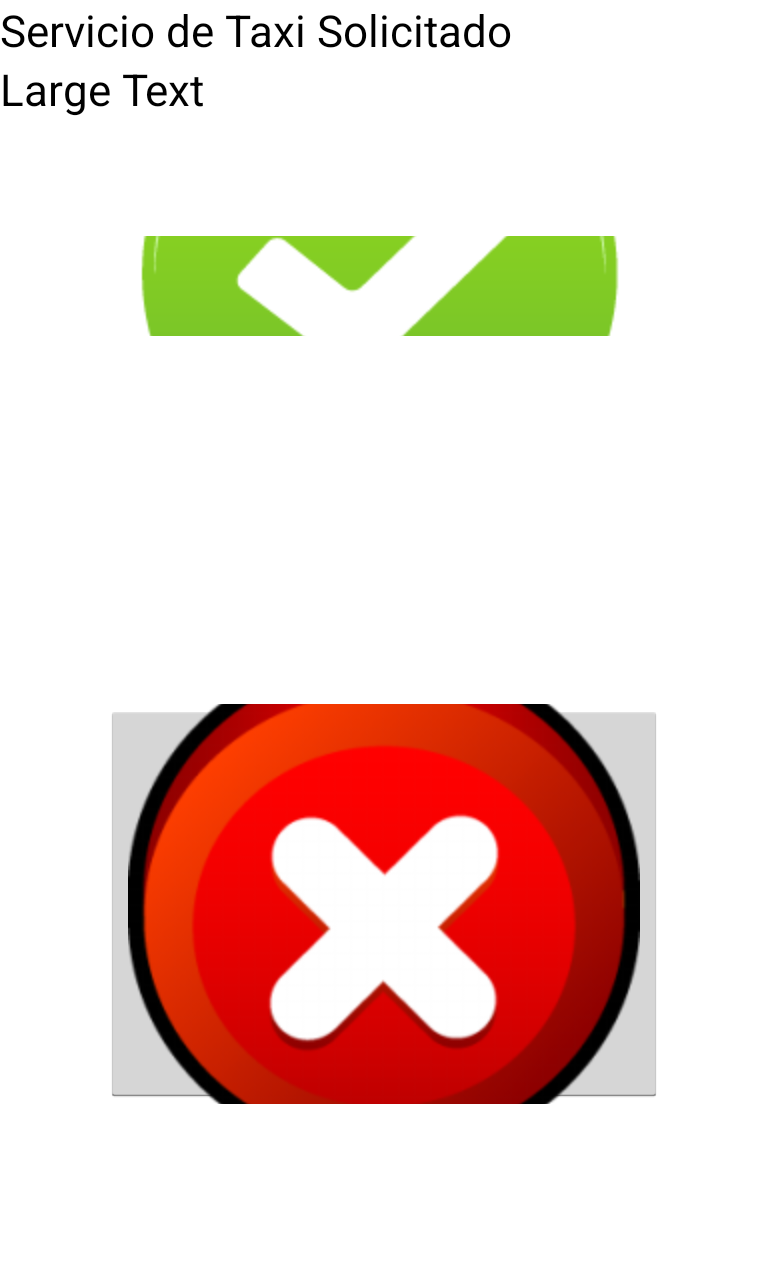
Repository: fernandohur/moviles
Layout: ClienteTaxista/res/layout/activity_confirmar_servicio.xml
The author's editor kept a copy of each file at every save. The layout is drawn from the files as they stood at one save, then again after the next save.
It is drawn on a 768 x 1280 px phone screen (xhdpi) without system bars, with theme AppTheme; the app's code is not run.

Above is the layout before, as saved 2013-03-07 14:28:21.

### ClienteTaxista/res/layout/activity_confirmar_servicio.xml
<RelativeLayout xmlns:android="http://schemas.android.com/apk/res/android"
    xmlns:tools="http://schemas.android.com/tools"
    android:layout_width="match_parent"
    android:layout_height="match_parent"
    tools:context=".ConfirmarServicioActivity" >

    <TextView
        android:id="@+id/textView1"
        android:layout_width="wrap_content"
        android:layout_height="wrap_content"
        android:layout_alignParentLeft="true"
        android:layout_alignParentTop="true"
        android:text="Servicio de Taxi Solicitado"
        android:textAppearance="?android:attr/textAppearanceLarge" />

    <TextView
        android:id="@+id/txtDireccion"
        android:layout_width="wrap_content"
        android:layout_height="wrap_content"
        android:layout_alignParentLeft="true"
        android:layout_below="@+id/textView1"
        android:text="Large Text"
        android:textAppearance="?android:attr/textAppearanceLarge" />

    <ImageButton
        android:id="@+id/imageButton2"
        android:layout_width="wrap_content"
        android:layout_height="200dp"
        android:layout_alignParentBottom="true"
        android:layout_centerHorizontal="true"
        android:layout_marginBottom="88dp"
        android:src="@drawable/cancelbutton" />

    <ImageButton
        android:id="@+id/imageButton1"
        android:layout_width="wrap_content"
        android:layout_height="50dp"
        android:layout_below="@+id/txtDireccion"
        android:layout_centerHorizontal="true"
        android:layout_marginTop="59dp"
        android:background="#FFFFFF"
        android:src="@drawable/okbutton" />

</RelativeLayout>

Loaded but not shown: ClienteTaxista/res/values/styles.xml (common file); ClienteTaxista/res/values-v11/styles.xml (common file); ClienteTaxista/res/values-v14/styles.xml (common file)

After the next save:
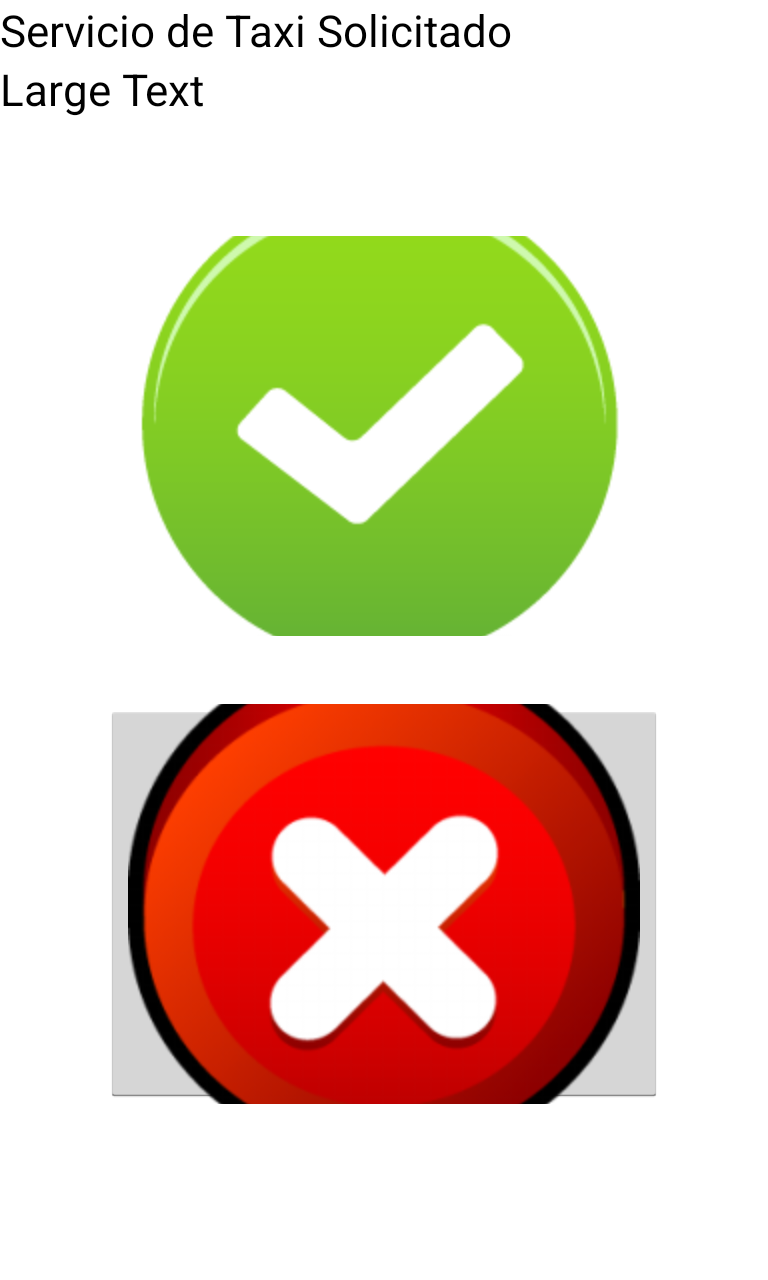
Saved 7 s later.
--- a/ClienteTaxista/res/layout/activity_confirmar_servicio.xml
+++ b/ClienteTaxista/res/layout/activity_confirmar_servicio.xml
@@ -34,7 +34,7 @@
     <ImageButton
         android:id="@+id/imageButton1"
         android:layout_width="wrap_content"
-        android:layout_height="50dp"
+        android:layout_height="200dp"
         android:layout_below="@+id/txtDireccion"
         android:layout_centerHorizontal="true"
         android:layout_marginTop="59dp"
